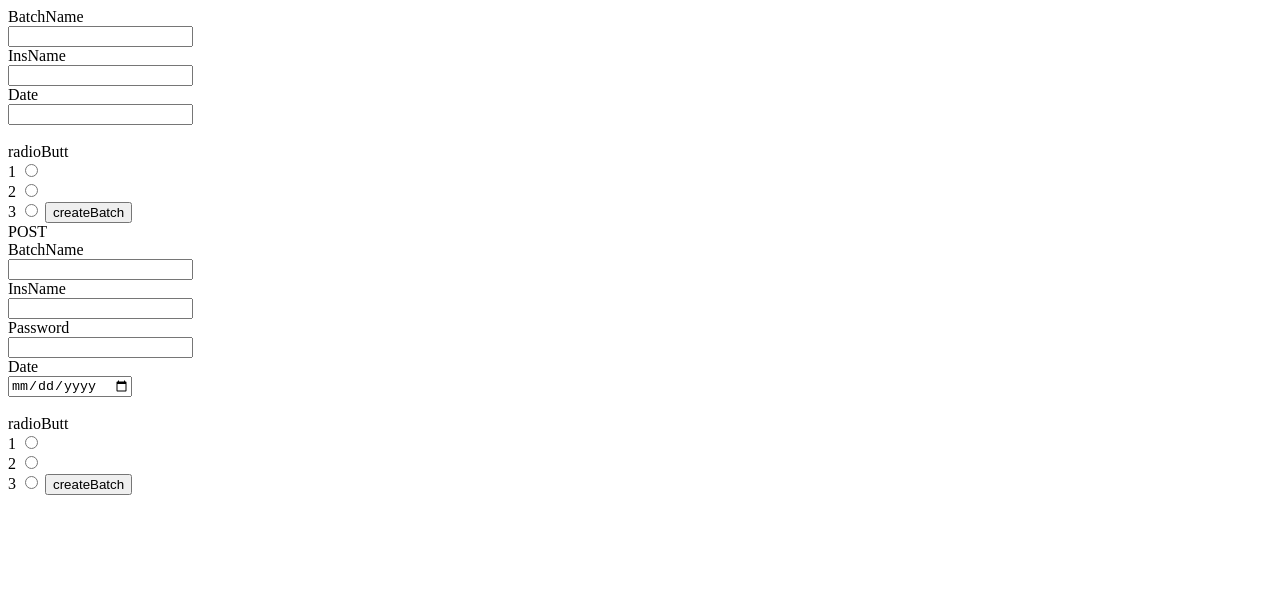
Repository: ark0000/gitL
Page: sevs/src/main/webapp/add-batch.html
These files come from the project's save history. The page is drawn as it stood at one moment and after the next save; the edit follows.
The browser window is 1280 px wide. The pictures show the whole page.

Above is the page before, as saved 2024-03-03 11:37:44.

### sevs/src/main/webapp/add-batch.html
<!DOCTYPE html>
<html>
<head>
<meta charset="ISO-8859-1">
<title>Form</title>
</head>
<body>
<form action="addBatch" method="get">
<label for="">BatchName</label><br>
<input  type="text" name="batchName" ><br>
<label for="">InsName</label><br>
<input  type="text" name="InsName" ><br>
<label for="">Date</label><br>
<input  type="text" name="Date" ><br>


<br><label>radioButt</label>
<br>1 <input type="radio" name="rad" value="1">
<br>2 <input type="radio" name="rad" value="2">
<br>3 <input type="radio" name="rad" value="3">

<input  type="submit" name="batch" value="createBatch" >
</form>
POST
<form action="addbatch" method="post">
<label for="">BatchName</label><br>
<input  type="text" name="batchName" ><br>
<label for="">InsName</label><br>
<input  type="text" name="InsName" ><br>
<label for="">Password</label><br>
<input  type="password" name="Date" ><br>
<label for="">Date</label><br>
<input  type="date" name="Date" ><br>
<br><label>radioButt</label>
<br>1 <input type="radio" name="rad" value="1">
<br>2 <input type="radio" name="rad" value="2">
<br>3 <input type="radio" name="rad" value="3">

<input  type="submit" name="batch" value="createBatch" >

</form>
</body>
</html>

After the next save:
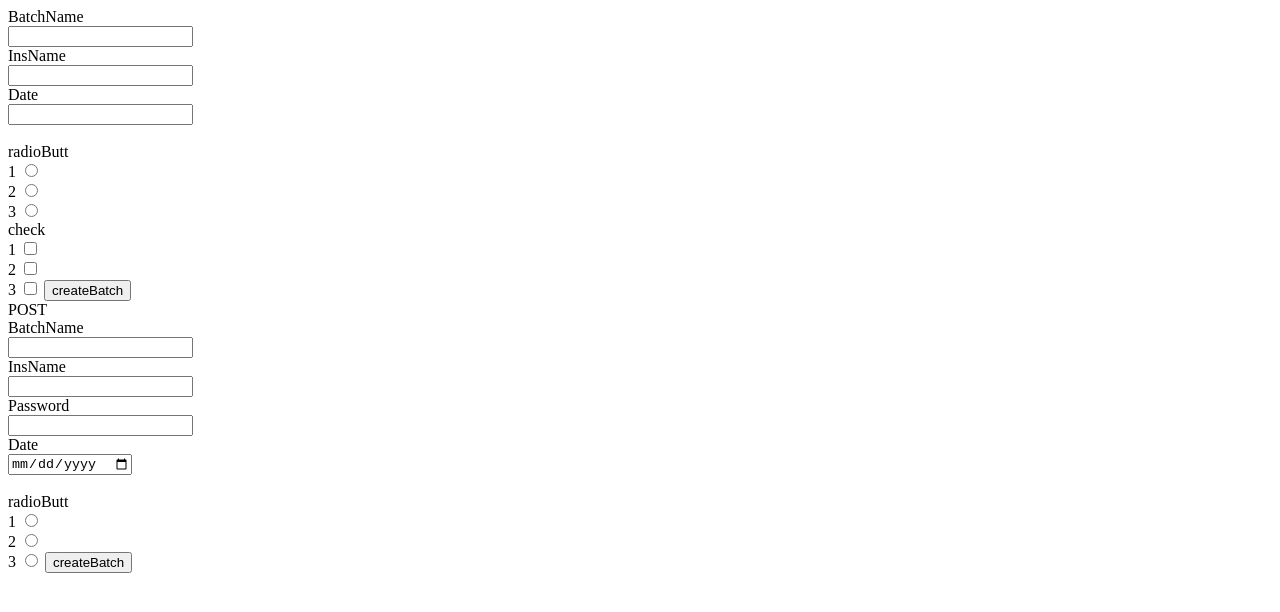
Saved 4 min 15 s later.
--- a/sevs/src/main/webapp/add-batch.html
+++ b/sevs/src/main/webapp/add-batch.html
@@ -18,6 +18,11 @@
 <br>1 <input type="radio" name="rad" value="1">
 <br>2 <input type="radio" name="rad" value="2">
 <br>3 <input type="radio" name="rad" value="3">
+
+<br><label>check</label>
+<br>1 <input type="checkbox" name="rad" value="1">
+<br>2 <input type="checkbox" name="rad" value="2">
+<br>3 <input type="checkbox" name="rad" value="3">
 
 <input  type="submit" name="batch" value="createBatch" >
 </form>
